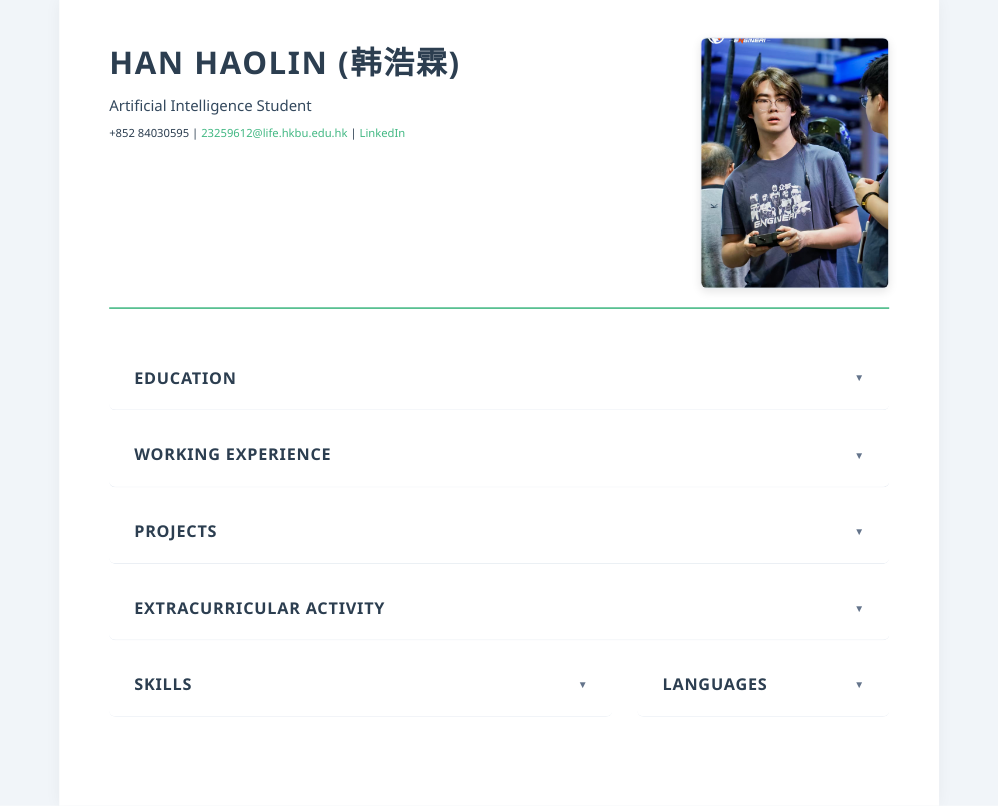
Repository: hhl2802149944-afk/hhl2802149944-afk.github.io
Page: /
An editor plug-in stored every save of this project. The page is shown before and after the next save, followed by the edit.
The browser window is 1280 px wide. The pictures show the whole page, at 78% of full size.
The project was rebuilt for these pictures with package versions that can differ from the ones it lists, and the page was loaded fresh each time. Also part of the build but not shown: vite.config.js, src/components/ProjectCard.vue.

Above is the page before, as saved 2026-01-19 15:23:15.

After the next save:
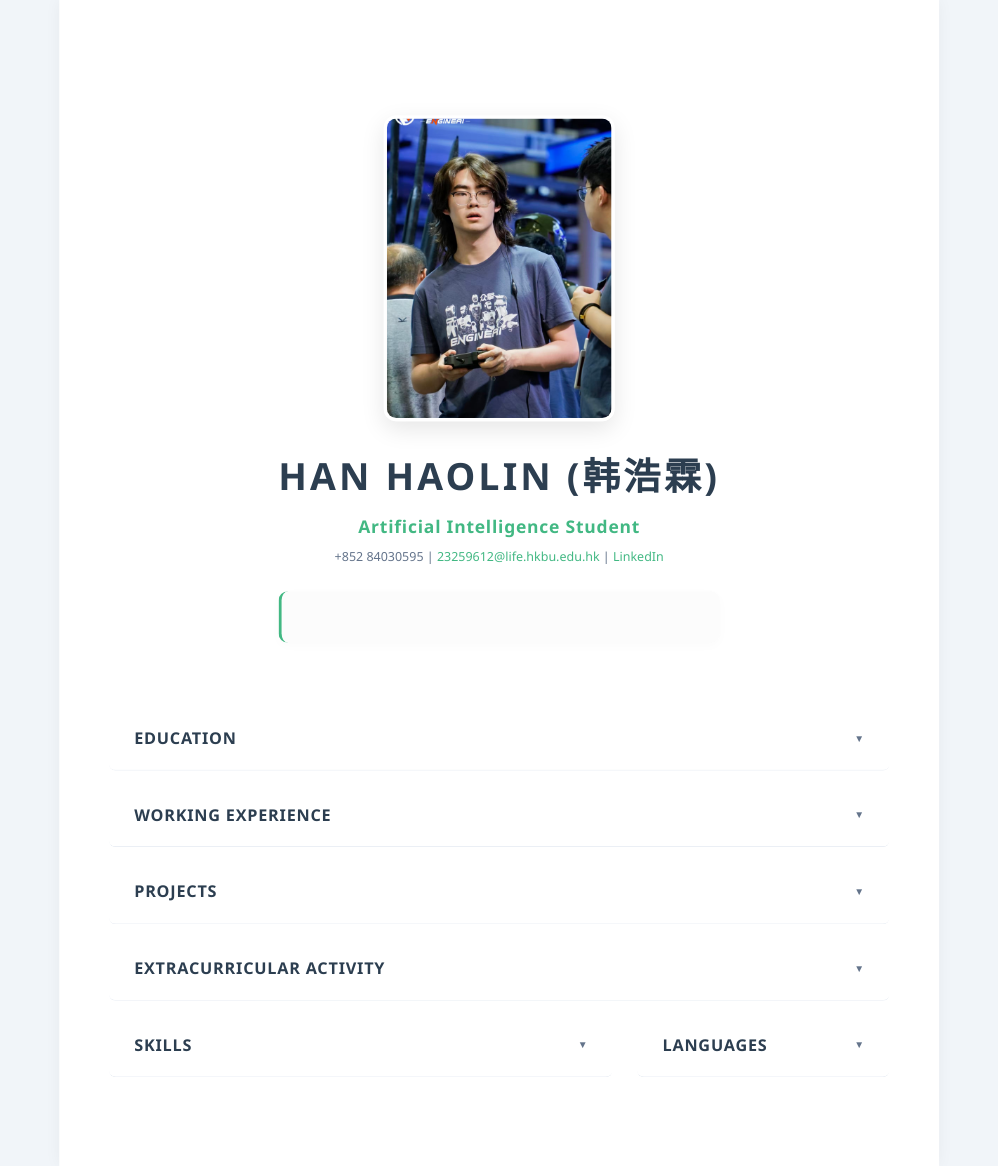
Saved 11 s later.
--- a/src/components/ResumeHeader.vue
+++ b/src/components/ResumeHeader.vue
@@ -2,15 +2,19 @@
 defineProps({
   name: String,
   title: String,
-  contact: Object
+  contact: Object,
+  summary: String
 })
 
 const imageUrl = '/assets/HAN Haolin.jpg'
 </script>
 
 <template>
-  <header class="resume-header">
+  <header class="resume-header" id="hero">
     <div class="header-content">
+      <div class="profile-pic-container">
+        <img :src="imageUrl" alt="Han Haolin" class="profile-pic">
+      </div>
       <div class="text-info">
         <h1>{{ name }}</h1>
         <p class="subtitle">{{ title }}</p>
@@ -19,9 +23,9 @@ const imageUrl = '/assets/HAN Haolin.jpg'
           <a :href="'mailto:' + contact.email">{{ contact.email }}</a> |
           <a :href="contact.linkedin" target="_blank">LinkedIn</a>
         </div>
-      </div>
-      <div class="profile-pic-container">
-        <img :src="imageUrl" alt="Han Haolin" class="profile-pic">
+        <div class="about-me">
+          <p>{{ summary }}</p>
+        </div>
       </div>
     </div>
   </header>
@@ -29,48 +33,63 @@ const imageUrl = '/assets/HAN Haolin.jpg'
 
 <style scoped>
 .resume-header {
-  margin-bottom: 3rem;
-  border-bottom: 2px solid var(--accent-color);
-  padding-bottom: 1.5rem;
+  padding: 100px 0 50px 0;
+  margin-bottom: 2rem;
+  text-align: center;
 }
 
 .header-content {
   display: flex;
-  justify-content: space-between;
-  align-items: flex-start; /* Align to top instead of center for larger pics */
+  flex-direction: column;
+  align-items: center;
+  gap: 2rem;
 }
 
 .text-info {
-  flex: 1;
+  max-width: 700px;
 }
 
 h1 {
   margin: 0;
-  font-size: 2.5rem;
+  font-size: 3rem;
   text-transform: uppercase;
-  letter-spacing: 2px;
+  letter-spacing: 4px;
+  color: var(--primary-color);
 }
 
 .subtitle {
-  font-size: 1.2rem;
-  color: var(--secondary-color);
+  font-size: 1.4rem;
+  color: var(--accent-color);
+  font-weight: 600;
   margin: 0.5rem 0;
+  letter-spacing: 1px;
 }
 
 .contact-info {
-  font-size: 0.9rem;
+  font-size: 1rem;
+  color: var(--light-text);
+  margin-bottom: 2rem;
+}
+
+.about-me {
+  text-align: left;
+  line-height: 1.8;
+  font-size: 1.1rem;
+  color: var(--text-color);
+  background: #fcfcfc;
+  padding: 1.5rem 2rem;
+  border-radius: 12px;
+  border-left: 4px solid var(--accent-color);
+  box-shadow: 0 4px 15px rgba(0,0,0,0.02);
 }
 
 .profile-pic-container {
-  width: 240px; /* Doubled from 120px */
-  height: 320px; /* 4:3 Aspect Ratio (240 / 3 * 4) */
-  border-radius: 8px;
+  width: 288px; /* 240 * 1.2 */
+  height: 384px; /* 320 * 1.2 */
+  border-radius: 16px;
   overflow: hidden;
-  position: relative;
-  background: #f8f9fa;
-  margin-left: 30px;
-  box-shadow: 0 4px 12px rgba(0,0,0,0.1);
-  border: 1px solid var(--border-color);
+  box-shadow: 0 10px 30px rgba(0,0,0,0.1);
+  border: 4px solid white;
 }
 
 .profile-pic {
@@ -80,14 +99,8 @@ h1 {
 }
 
 @media (max-width: 768px) {
-  .header-content {
-    flex-direction: column-reverse;
-    text-align: center;
-    align-items: center;
-  }
+  h1 { font-size: 2.2rem; }
   .profile-pic-container {
-    margin-left: 0;
-    margin-bottom: 1.5rem;
     width: 200px;
     height: 266px;
   }
